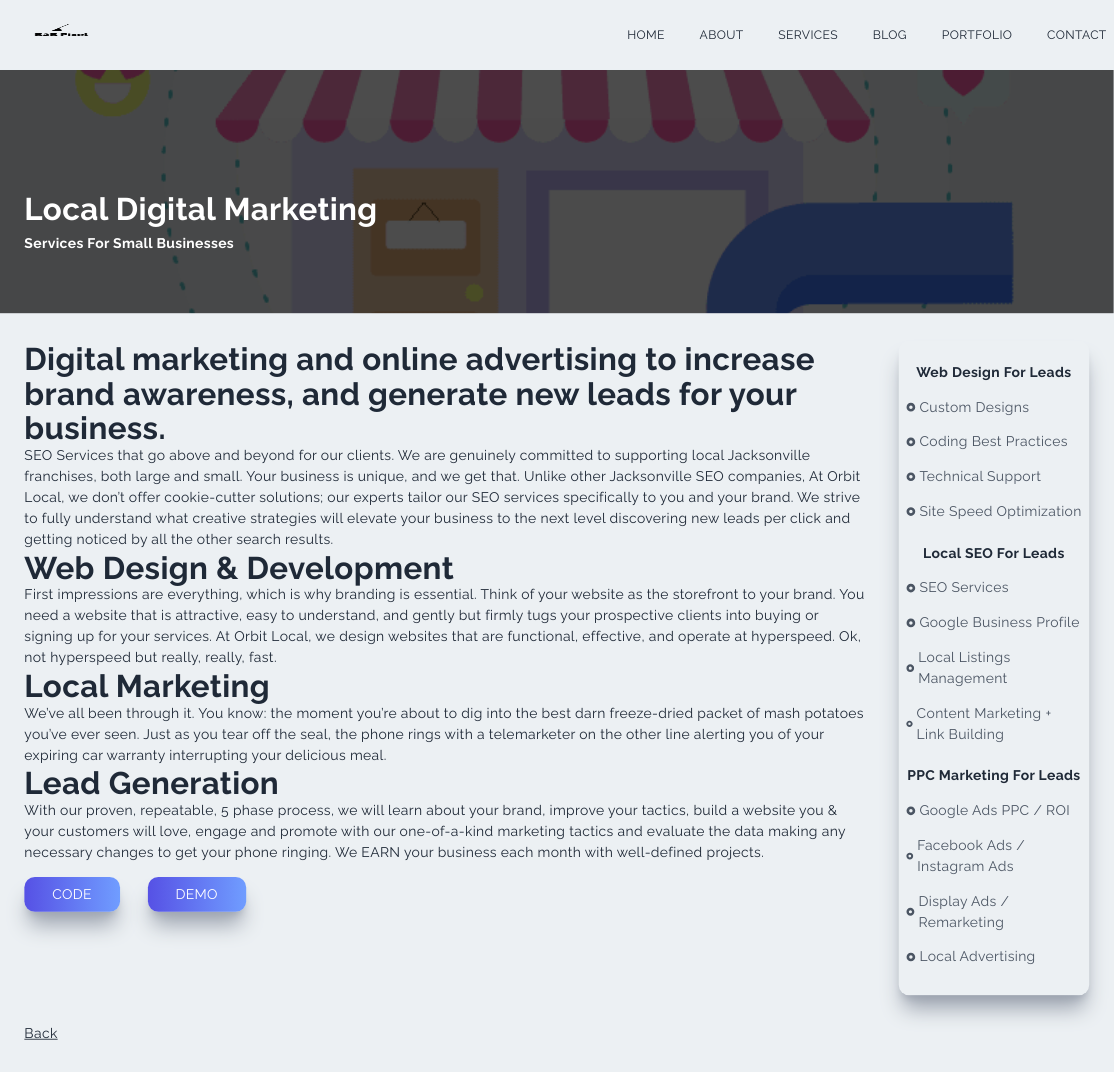
Repository: DID0101/nextjs.b2b
Page: /property
These files come from the project's save history. The page is drawn as it stood at one moment and after the next save; the edit follows.
The browser window is 1280 px wide. The pictures show the whole page, at 87% of full size.
The project was rebuilt for these pictures with package versions that can differ from the ones it lists, and the page was loaded fresh each time. The framework's server and built-in components were replaced by stand-ins that run in the browser. Also part of the build but not shown: next.config.js.

Above is the page before, as saved 2024-01-22 02:45:03.

After the next save:
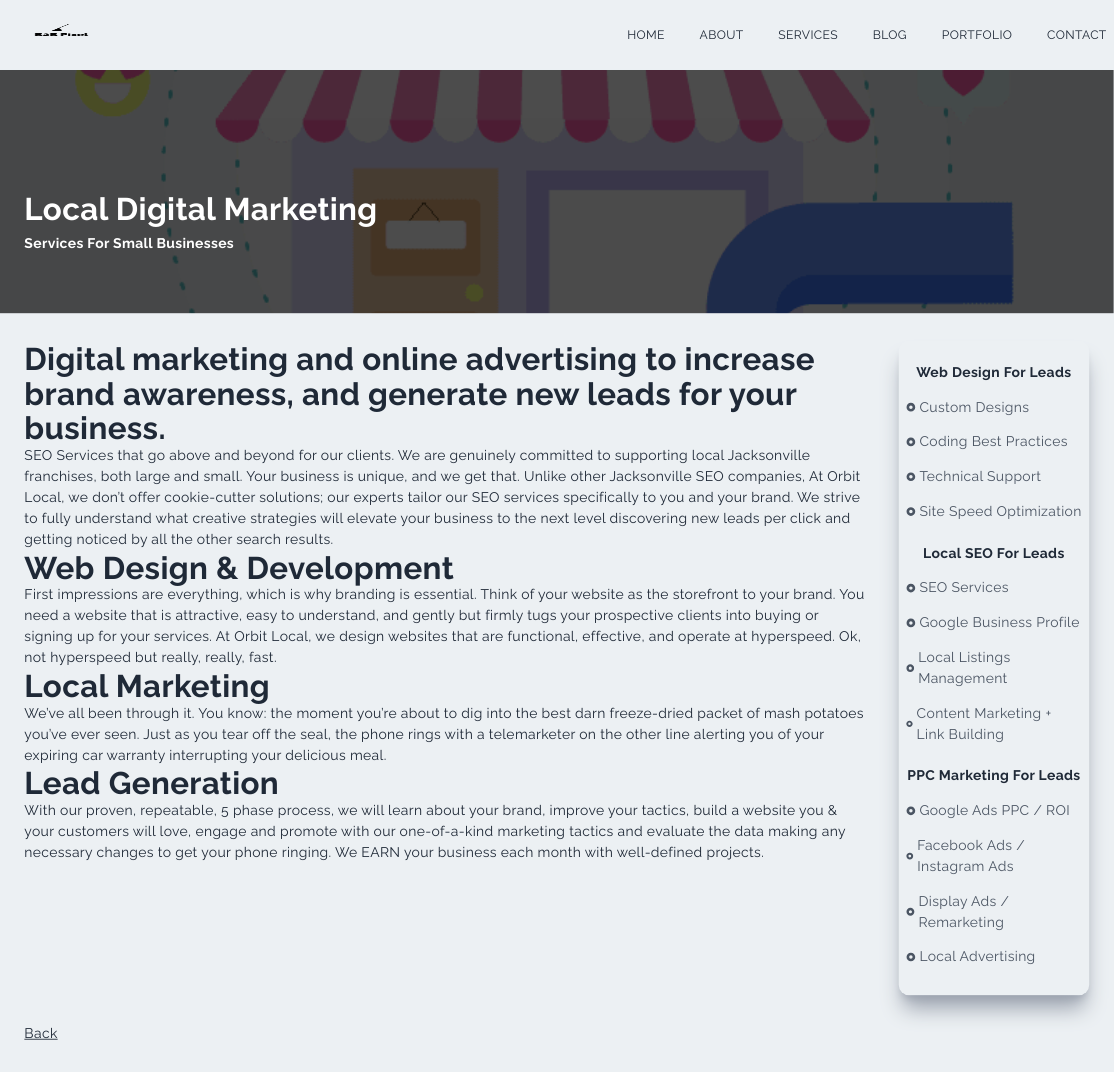
Saved 96 s later.
--- a/pages/property.jsx
+++ b/pages/property.jsx
@@ -41,7 +41,7 @@
           <p>
           With our proven, repeatable, 5 phase process, we will learn about your brand, improve your tactics, build a website you & your customers will love, engage and promote with our one-of-a-kind marketing tactics and evaluate the data making any necessary changes to get your phone ringing. We EARN your business each month with well-defined projects.
           </p>
-          <a
+          {/* <a
             href='https://github.com/fireclint/property-finder'
             target='_blank'
             rel='noreferrer'
@@ -54,7 +54,7 @@
             rel='noreferrer'
           >
             <button className='px-8 py-2 mt-4'>Demo</button>
-          </a>
+          </a> */}
         </div>
         <div className='col-span-4 md:col-span-1 shadow-xl shadow-gray-400 rounded-xl py-4'>
           <div className='p-2'>
